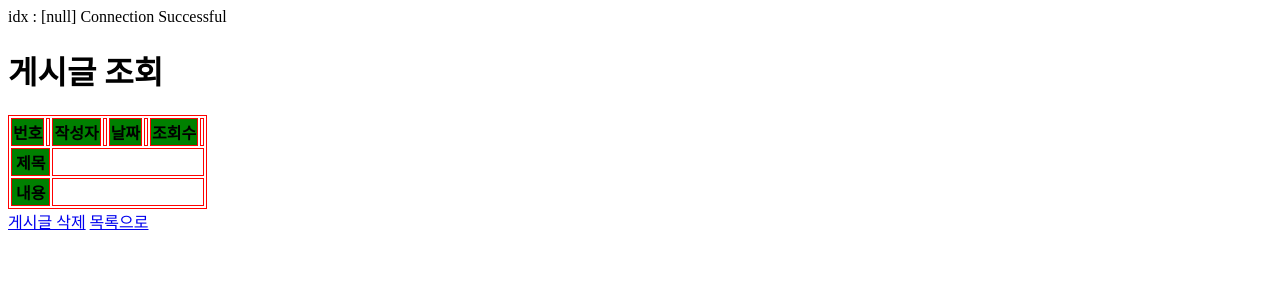
Repository: LEECHAEHEE/webProgramming
Page: http://localhost/board/content.jsp
The author's editor kept a copy of each file at every save. The page is drawn from the files as they stood at one save, then again after the next save.
The browser window is 1280 px wide. The pictures show the whole page.
The page is served by Tomcat 9. Queries for data that is not in the repository find no rows.

Above is the page before, as saved 2018-04-08 05:27:52.

After the next save:
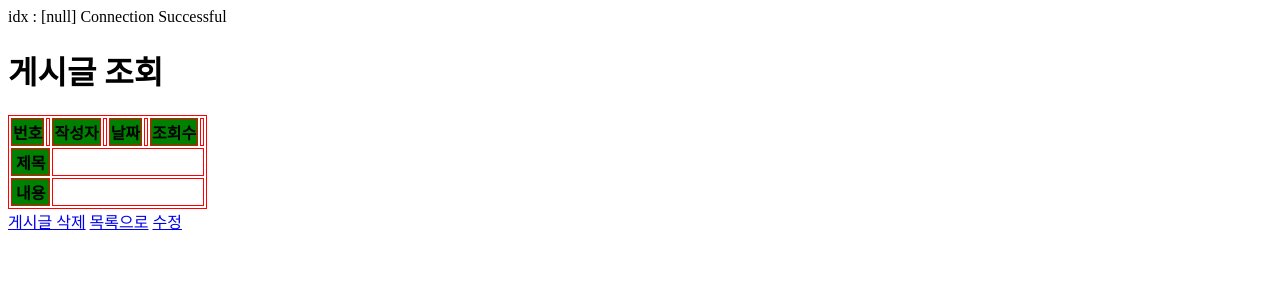
Saved 1 s later.
--- a/board/WebContent/content.jsp
+++ b/board/WebContent/content.jsp
@@ -66,5 +66,6 @@
 	</table>
 	<a href="delete.jsp?idx=${idx}">게시글 삭제</a>
 	<a href="list.do">목록으로</a>
+	<a href="update.jsp?idx=${idx}">수정</a>
 </body>
 </html>
